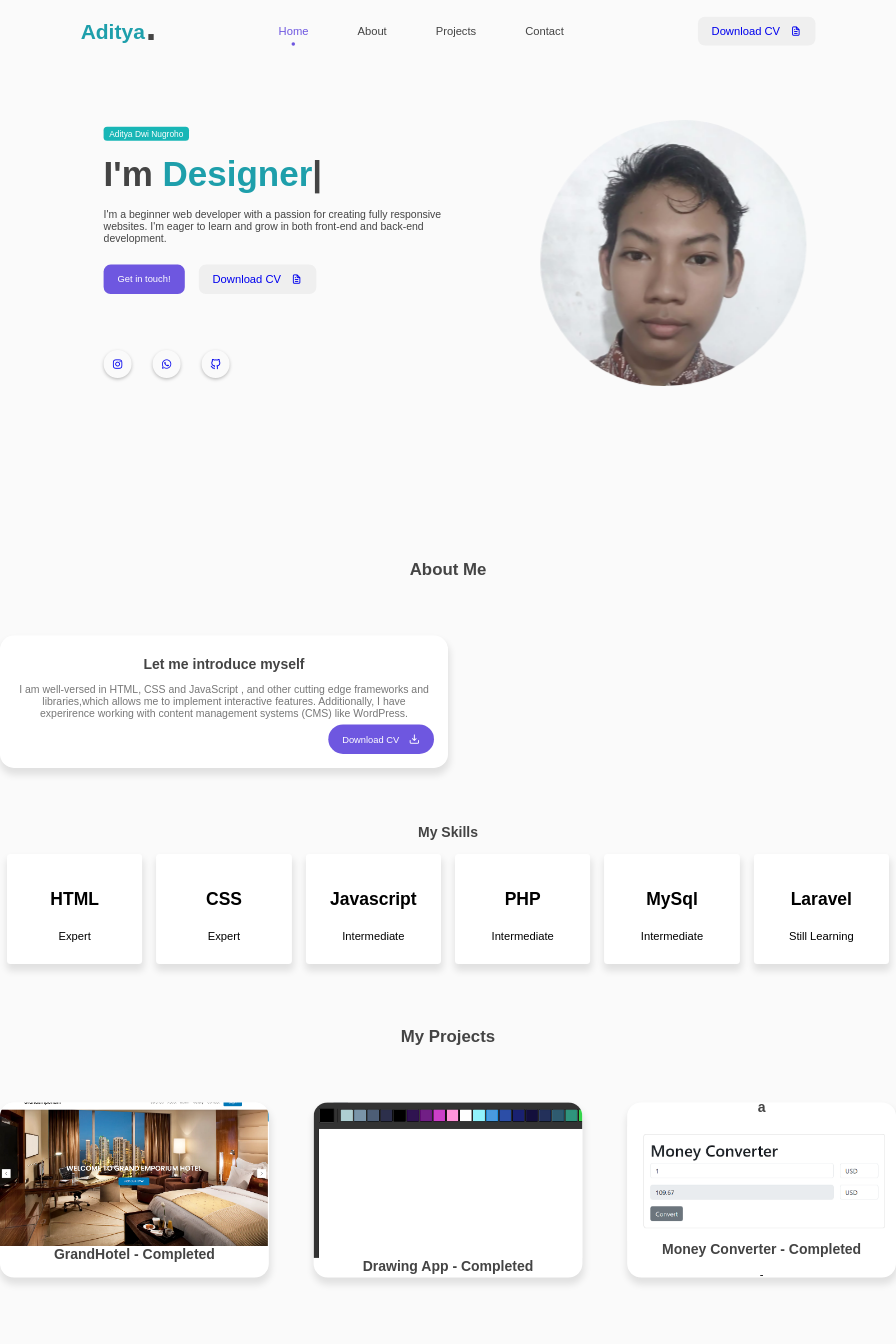
Repository: 4Kbrain/Portofolio
Page: index.html
An editor plug-in stored every save of this project. The page is shown before and after a run of saves, followed by the edit.
The browser window is 1280 px wide. The pictures show the part of the page from y = 0 to 1920 px (the page is 2878 px tall before and 3007 px after), at 70% of full size.

Above is the page before, as saved 2024-05-15 19:07:18.
Console error: ReferenceError: ScrollReveal is not defined

After the next 2 saves:
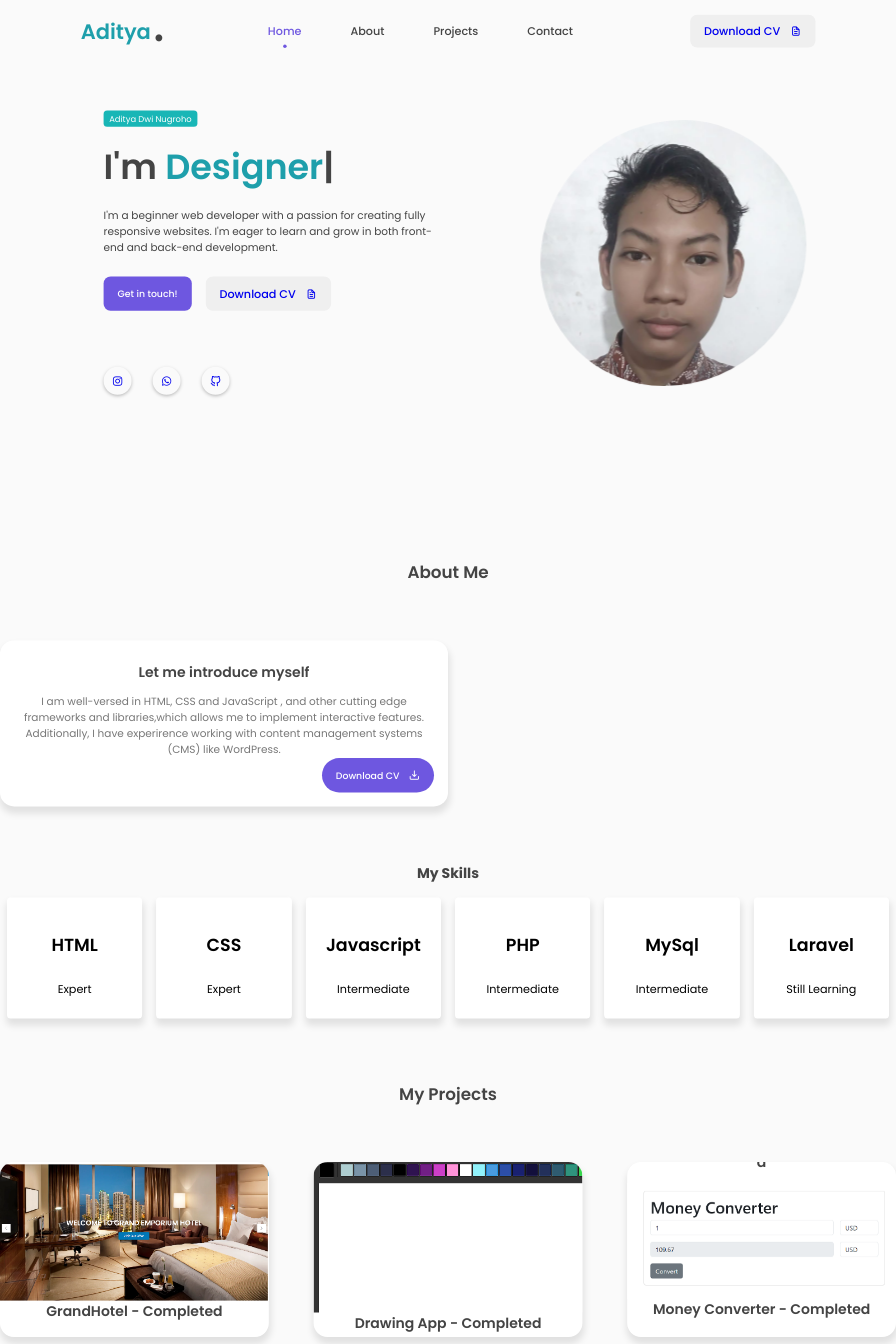
The 2 saves are shown as one change because they came seconds apart.
The last was saved 6 s later.
--- a/assets/css/style.css
+++ b/assets/css/style.css
@@ -1,4 +1,4 @@
-*{}
+
 
 @import url('https://fonts.googleapis.com/css2?family=Poppins:wght@400;500;600;700&display=swap');
 
